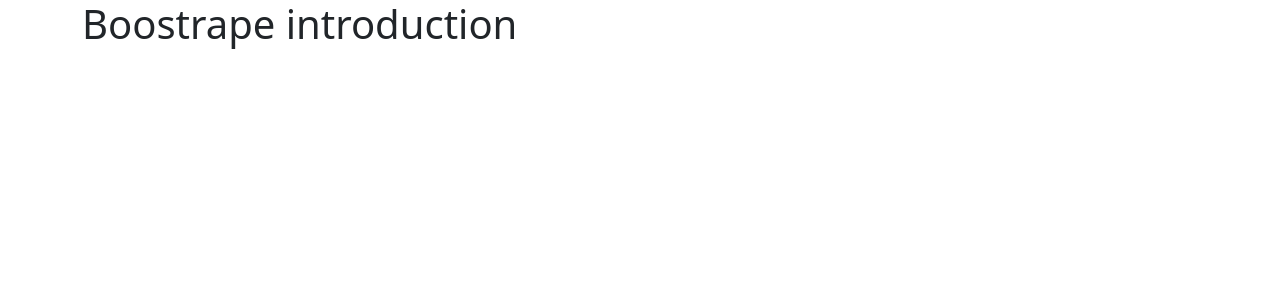
Repository: feyroozecode/meta_backed_dev_coursera
Page: intro-boostrape/index.html
These files come from the project's save history. The page is drawn as it stood at one moment and after the next save; the edit follows.
The browser window is 1280 px wide. The pictures show the whole page.

Above is the page before, as saved 2023-07-06 15:19:13.

### intro-boostrape/index.html
<!DOCTYPE html>
<html lang="en">
<head>
    <meta charset="UTF-8">
    <meta name="viewport" content="width=device-width, initial-scale=1.0">
    <link href="https://cdn.jsdelivr.net/npm/bootstrap@5.2.3/dist/css/bootstrap.min.css" rel="stylesheet"  />
    <title>Intro Boostrap</title>
</head>
<body>

<div>
    <h1 class=" container bg-center">Boostrape introduction </h1>

    <div  class="container bg-center">
        <div class="row">
            <div class="col">
                <h1></h1>
            </div>
            <div class="col">

            </div>
        </div>
    </div>

</div>


    <script src="https://cdn.jsdelivr.net/npm/bootstrap@5.2.3/dist/js/bootstrap.min.js" integrity="sha384-cuYeSxntonz0PPNlHhBs68uyIAVpIIOZZ5JqeqvYYIcEL727kskC66kF92t6Xl2V" crossorigin="anonymous"></script>

</body>
</html>

After the next save:
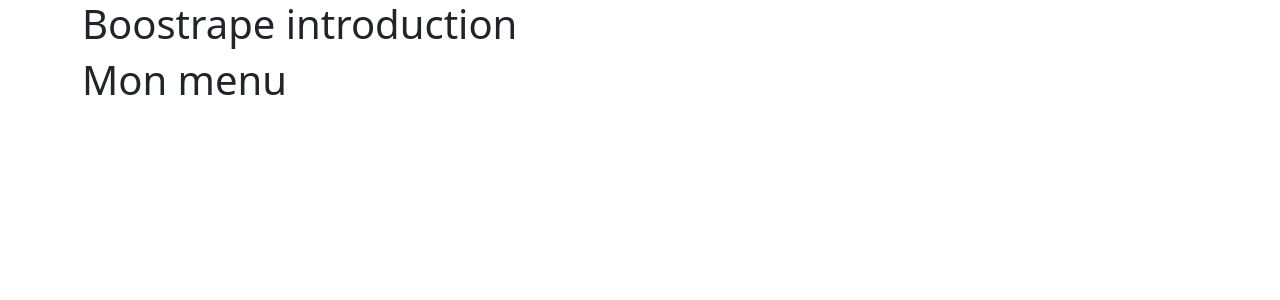
Saved 8 s later.
--- a/intro-boostrape/index.html
+++ b/intro-boostrape/index.html
@@ -14,7 +14,7 @@
     <div  class="container bg-center">
         <div class="row">
             <div class="col">
-                <h1></h1>
+                <h1>Mon menu</h1>
             </div>
             <div class="col">
 
